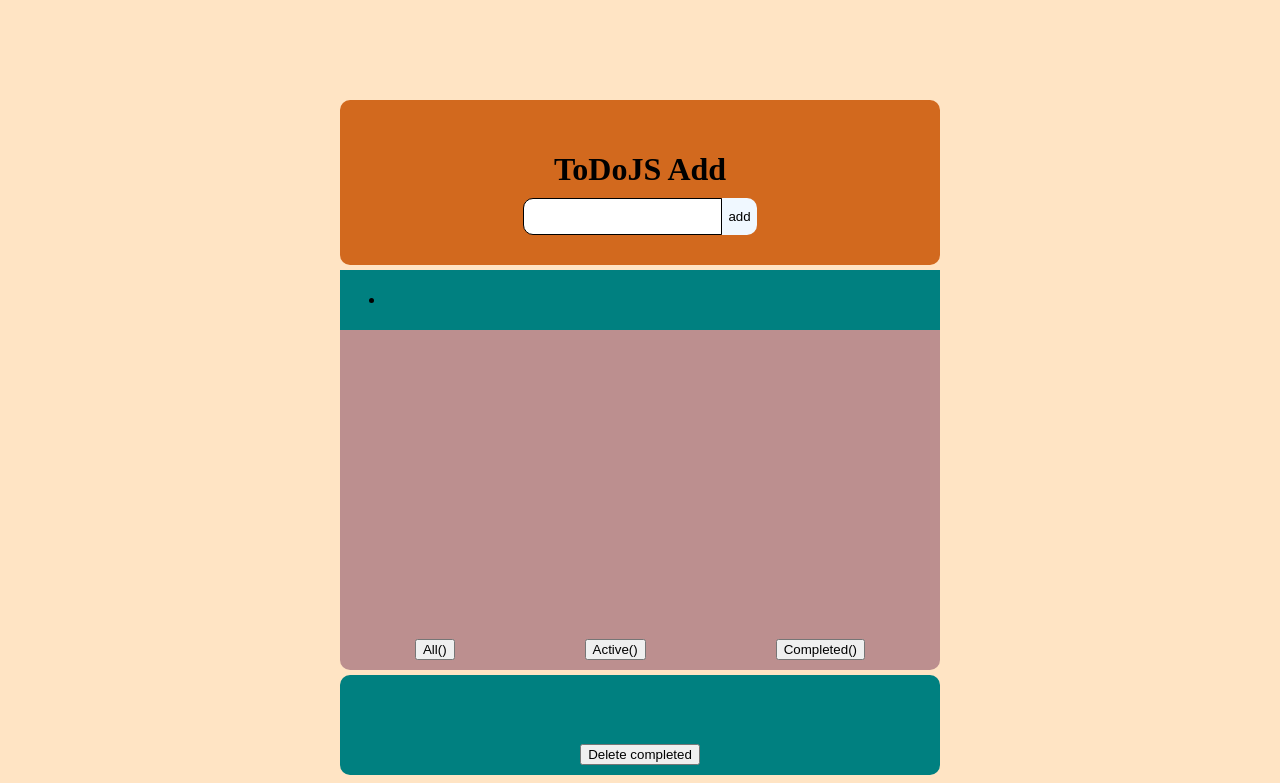
Repository: Savich01/ToDo
Page: index.html
The author's editor kept a copy of each file at every save. The page is drawn from the files as they stood at one save, then again after the next save.
The browser window is 1280 px wide. The pictures show the whole page.

Above is the page before, as saved 2024-05-06 10:27:48.

After the next save:
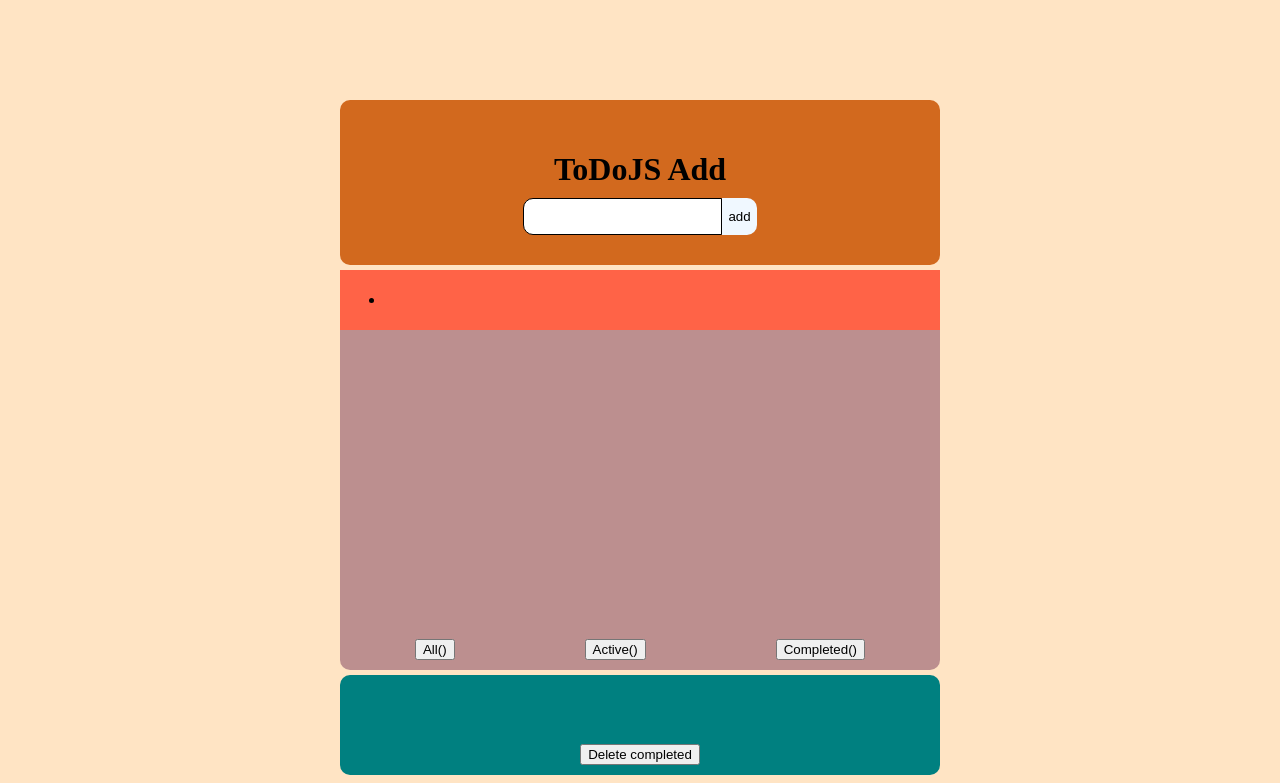
Saved 9 s later.
--- a/css/style.css
+++ b/css/style.css
@@ -64,7 +64,7 @@ body {
 }
 .main-container {
     padding: 5px;
-    background: teal;
+    background: tomato;
 }
 
 /*------------------FOOTER--------------------------------------------------*/
